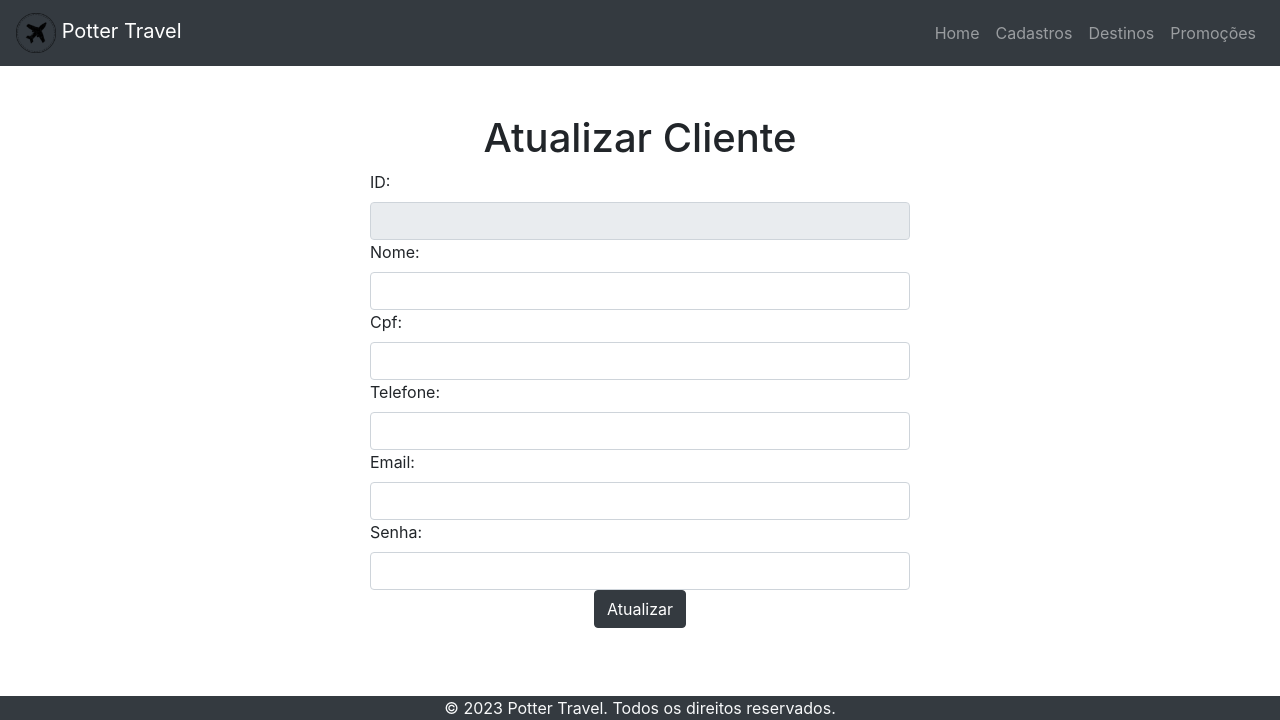
Repository: marcelledssantos/PotterTravel-MVC
Page: http://localhost/PotterTravel-MVC/atualizar.jsp
The author's editor kept a copy of each file at every save. The page is drawn from the files as they stood at one save, then again after the next save.
The browser window is 1280 px wide. The pictures show the whole page.
Some web libraries are served in a nearby version. The page is served by Tomcat 9. Other server files are loaded and not shown. The template is opened directly, without the code that normally fills it, so the values that code supplies are empty.

Above is the page before, as saved 2023-11-03 00:53:06.

### PotterTravel-MVC/src/main/webapp/atualizar.jsp
<%@ page language="java" contentType="text/html; charset=UTF-8"
	pageEncoding="UTF-8"%>
	<%@ taglib uri="http://java.sun.com/jsp/jstl/core" prefix="jstl"%>
<!DOCTYPE html>
<html>
<head>
<meta charset="UTF-8">
<link rel="icon" type="image/x-icon" href="./icon/favicon.ico">
<link rel="stylesheet" href="https://maxcdn.bootstrapcdn.com/bootstrap/4.5.2/css/bootstrap.min.css">
<title>Update</title>
</head>
<body>
    <!-- Cabeçalho -->
   <header>
		<nav class="navbar navbar-expand-lg navbar-dark  bg-dark text-light">
			 <a class="navbar-brand" href="#">
            <img src="Icon/aviao.png" width="40" height="40" class="d-inline-block align-center" alt="Logo">
            Potter Travel</a>
        <button class="navbar-toggler" type="button" data-toggle="collapse" data-target="#navbarNav"
            aria-controls="navbarNav" aria-expanded="false" aria-label="Toggle navigation">
            <span class="navbar-toggler-icon"></span>
        </button>
				<div class="collapse navbar-collapse" id="navbarNav">
					<ul class="navbar-nav ml-auto">
						<li class="nav-item"><a class="nav-link" href="index.html">Home</a>
						</li>
						<li class="nav-item"><a class="nav-link"
							href="./ReadController">Cadastros</a></li>
						<li class="nav-item"><a class="nav-link" href="#">Destinos</a></li>
						<li class="nav-item"><a class="nav-link" href="#">Promoções</a>
						</li>
					</ul>
				</div>
			</div>
		</nav>
	</header>

	<div class="container">
		<div class="row justify-content-center">
			<div class="col-md-6">
				<h1 class="mt-5 text-center" >Atualizar Cliente</h1>
				<form class="mt-8" action="UpdateController" method="post">

					<div class="form-group">

						<label for="nome">ID:</label> <input type="text"
							class="form-control  " id="id" name="id" value="${cliente.id}" readonly>

						<label for="nome">Nome:</label> <input type="text" class="form-control" id="nome" name="nome" required>

						<label for="nome">Cpf:</label> <input type="text" class="form-control"
							id="cpf" name="cpf" required>

						<label for="nome">Telefone:</label> <input type="text" class="form-control" id="telefone"
							name="telefone" required>

						<label for="login">Email:</label> <input type="email" class="form-control" id="email" name="email"
							required>

						<label for="senha">Senha:</label> <input type="password" class="form-control" id="senha" name="senha"required>

						<div class="col-12 text-center">
						<button type="submit" class="btn btn-dark mx auto">Atualizar</button>
					</div>
					</div>
				</form>
			</div>
		</div>
	</div>

	 <!-- Rodapé -->

	<footer class="bg-dark text-light text-center mt -5 fixed-bottom">
		&copy; 2023 Potter Travel. Todos os direitos reservados. </footer>


	<script src="https://code.jquery.com/jquery-3.5.1.slim.min.js"></script>
	<script
		src="https://cdn.jsdelivr.net/npm/@popperjs/core@2.5.3/dist/umd/popper.min.js"></script>
	<script
		src="https://maxcdn.bootstrapcdn.com/bootstrap/4.5.2/js/bootstrap.min.js"></script>

</body>
</html>

After the next save:
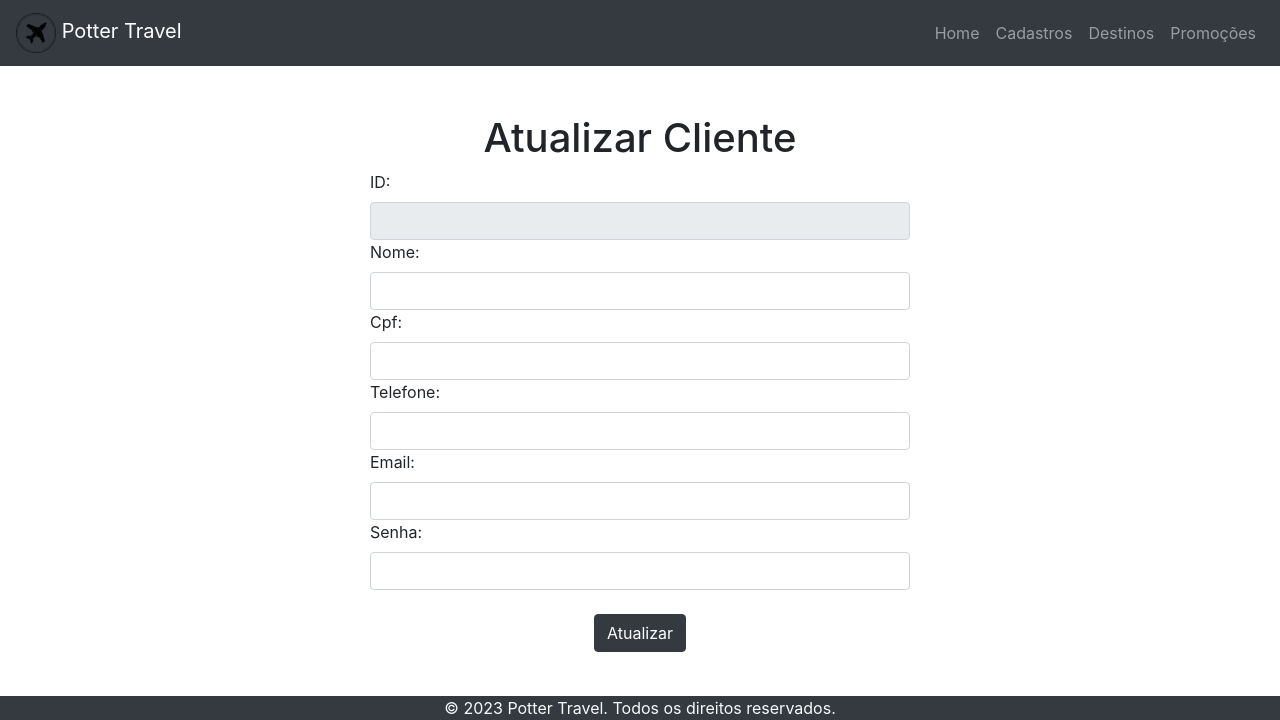
Saved 13 s later.
--- a/PotterTravel-MVC/src/main/webapp/atualizar.jsp
+++ b/PotterTravel-MVC/src/main/webapp/atualizar.jsp
@@ -59,7 +59,7 @@
 
 						<label for="senha">Senha:</label> <input type="password" class="form-control" id="senha" name="senha"required>
 
-						<div class="col-12 text-center">
+						<div class="col-12 text-center mt-4">
 						<button type="submit" class="btn btn-dark mx auto">Atualizar</button>
 					</div>
 					</div>
